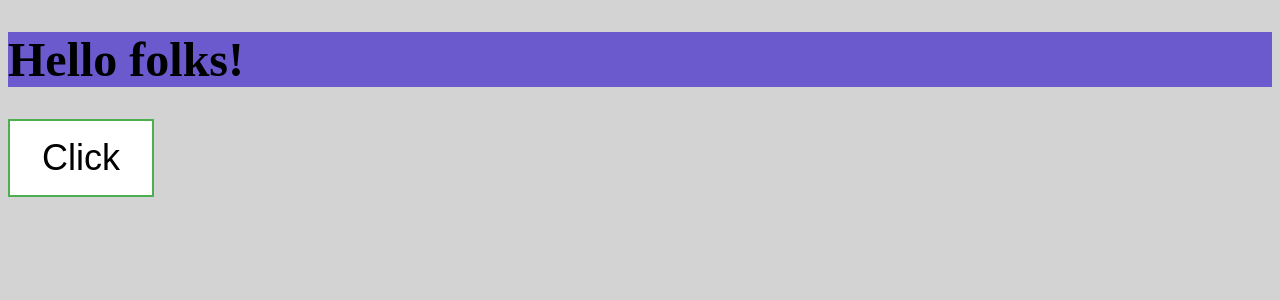
Repository: aakriti-tech/GlobalLogic
Page: Akki/WebContent/index.html
An editor plug-in stored every save of this project. The page is shown before and after the next save, followed by the edit.
The browser window is 1280 px wide. The pictures show the whole page.

Above is the page before, as saved 2022-08-01 05:53:17.

### Akki/WebContent/index.html
<!DOCTYPE html>
<html>
<head>
<meta charset="ISO-8859-1">
<title>First Web App</title>
<style>
body{
background-color:LightGray;}
h1{
font-size:48px;
}
.button1 {
  background-color: white;
  color: black;
  border: 2px solid #4CAF50;
  font-size: 36px;
  padding: 16px 32px;
  text-align: center;
}

.button1:hover {
  background-color: #4CAF50;
  color: white;
}</style>
</head>
<body>

<h1 style="background-color: SlateBlue">Hello folks!</h1>
<button class="button button1">Click</button>

</body>
</html>

After the next save:
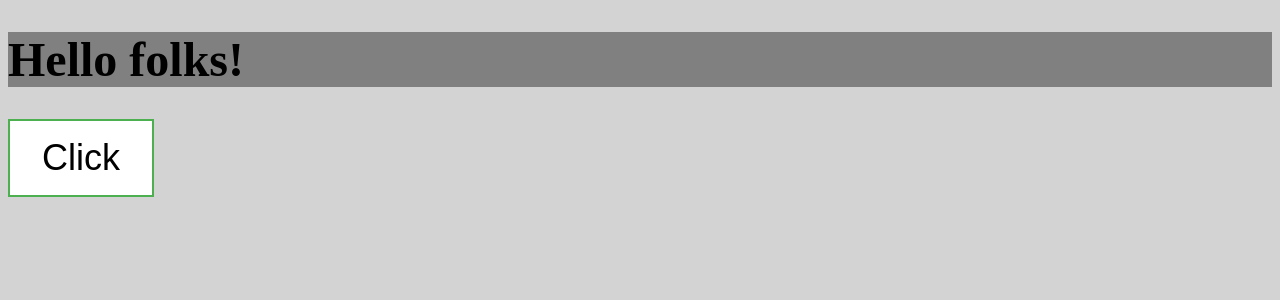
Saved 28 s later.
--- a/Akki/WebContent/index.html
+++ b/Akki/WebContent/index.html
@@ -25,7 +25,7 @@
 </head>
 <body>
 
-<h1 style="background-color: SlateBlue">Hello folks!</h1>
+<h1 style="background-color: Gray">Hello folks!</h1>
 <button class="button button1">Click</button>
 
 </body>

After the save that followed:
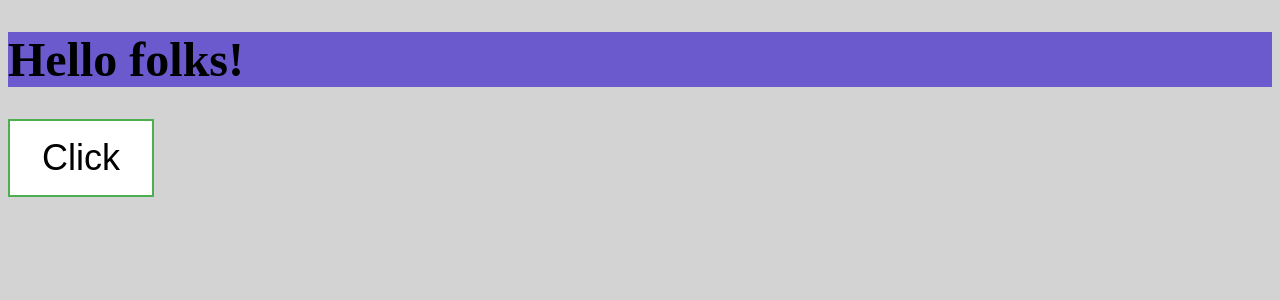
Saved 13 s later.
--- a/Akki/WebContent/index.html
+++ b/Akki/WebContent/index.html
@@ -25,7 +25,7 @@
 </head>
 <body>
 
-<h1 style="background-color: Gray">Hello folks!</h1>
+<h1 style="background-color: SlateBlue">Hello folks!</h1>
 <button class="button button1">Click</button>
 
 </body>
